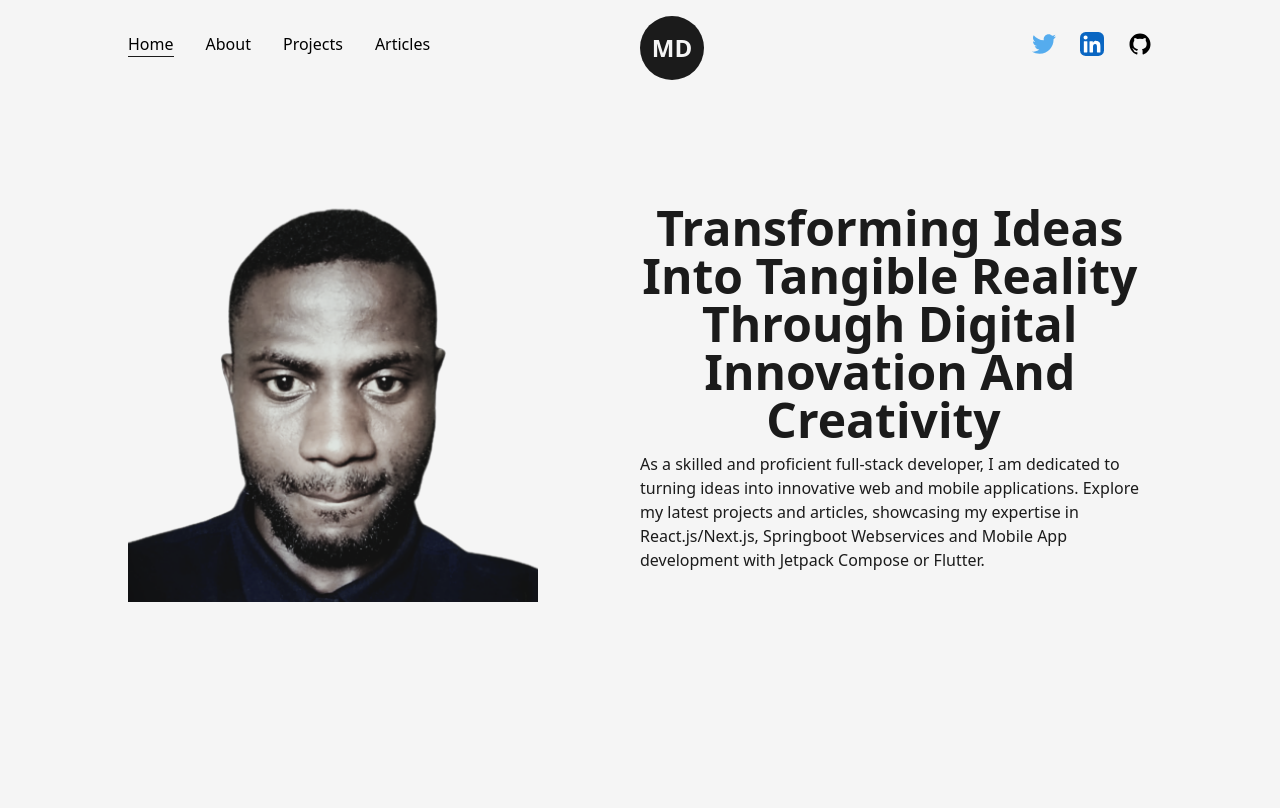
Repository: marcusdashe/situs
Page: /
The author's editor kept a copy of each file at every save. The page is drawn from the files as they stood at one save, then again after the next save.
The browser window is 1280 px wide. The pictures show the whole page.
The project was rebuilt for these pictures with package versions that can differ from the ones it lists, and the page was loaded fresh each time. The framework's server and built-in components were replaced by stand-ins that run in the browser.

Above is the page before, as saved 2023-06-15 17:55:07.

After the next save:
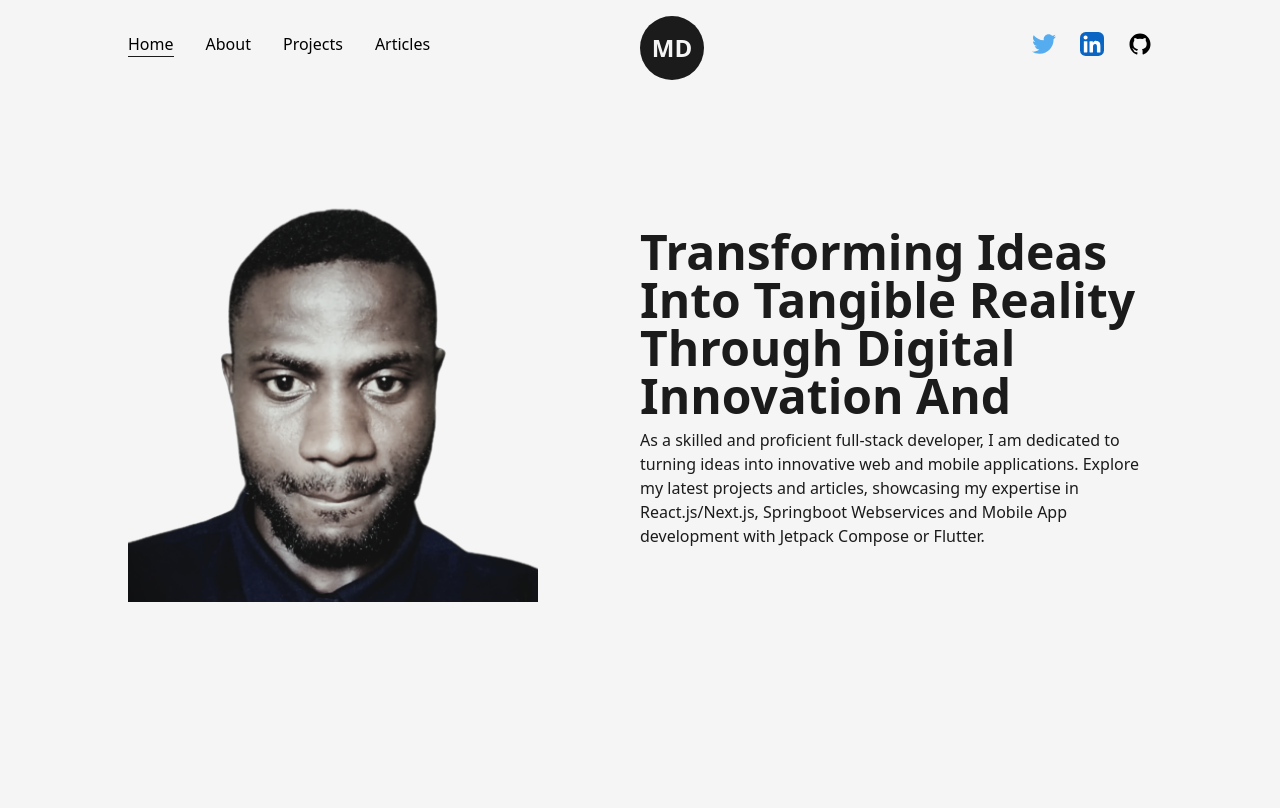
Saved 2 min 21 s later.
--- a/src/pages/index.js
+++ b/src/pages/index.js
@@ -26,8 +26,9 @@ export default function Home() {
             </div>
             <div className="w-1/2 flex flex-col items-center self-center">
               <AnimatedText
-                text="Transforming Ideas into Tangible Reality Through Digital Innovation and Creativity
+                text="Transforming Ideas into Tangible Reality Through Digital Innovation and
 "
+                className="!text-left"
               />
               <p>
                 As a skilled and proficient full-stack developer, I am dedicated
